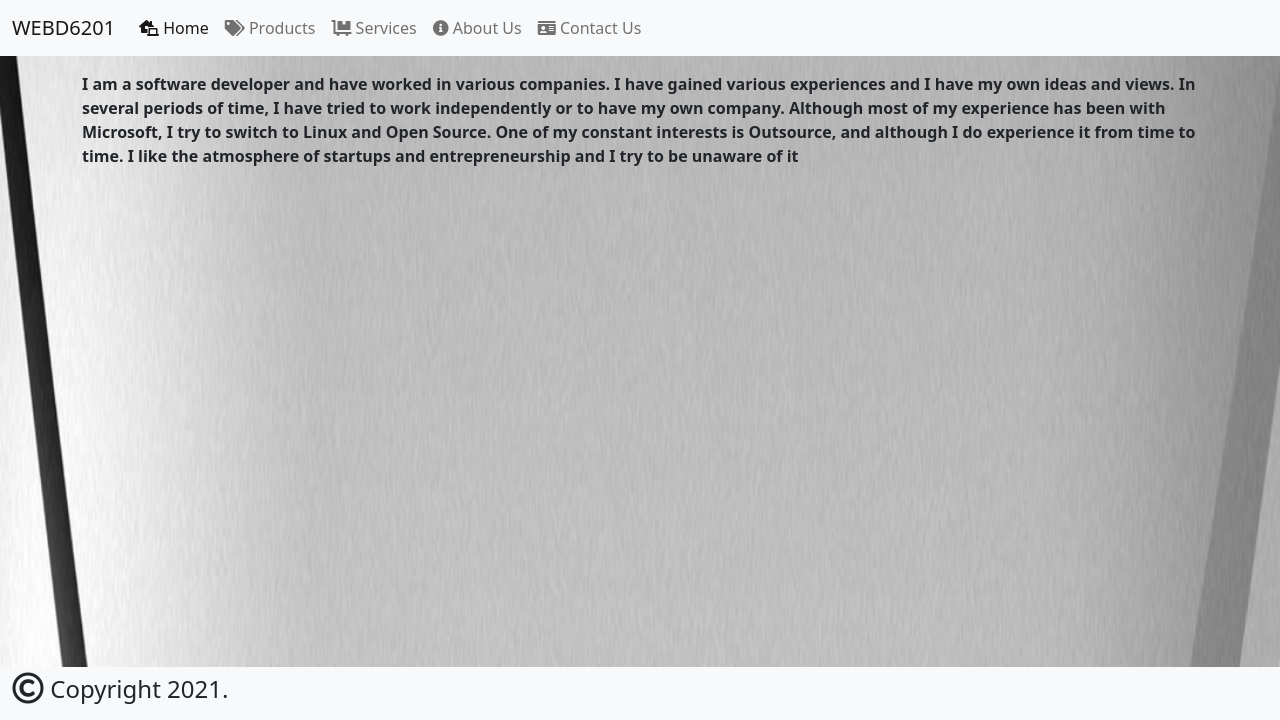
Repository: MuzhdaEhsan/WEBD6201-W2021-Lab1
Page: index.html
The author's editor kept a copy of each file at every save. The page is drawn from the files as they stood at one save, then again after the next save.
The browser window is 1280 px wide. The pictures show the whole page.

Above is the page before, as saved 2021-02-05 20:58:49.

### index.html
<!DOCTYPE html>
<html lang="en">
<head>
    <meta charset="UTF-8">
    <meta name="viewport" content="width=device-width, initial-scale=1.0">
    <title>Home</title>
    <!-- CSS Section -->
    <link rel="stylesheet" href="./node_modules/bootstrap/dist/css/bootstrap.min.css">
    <link rel="stylesheet" href="./node_modules/@fortawesome/fontawesome-free/css/all.min.css">
    <link rel="stylesheet" href="./Content/app.css">


</head>
<body>


    <!-- Main Header -->
    <header>

        <!-- Main Navigation -->
        <nav class="navbar navbar-expand-lg navbar-light bg-light">
            <div class="container-fluid">
              <a class="navbar-brand" href="index.html">WEBD6201</a>
              <button class="navbar-toggler" type="button" data-bs-toggle="collapse" data-bs-target="#navbarSupportedContent" aria-controls="navbarSupportedContent" aria-expanded="false" aria-label="Toggle navigation">
                <span class="navbar-toggler-icon"></span>
              </button>
              <div class="collapse navbar-collapse" id="navbarSupportedContent">
                <ul class="navbar-nav me-auto mb-2 mb-lg-0">
                  <li class="nav-item">
                    <a class="nav-link active" aria-current="page" href="index.html"><i class="fas fa-laptop-house"></i> Home</a>
                  </li>

                  <li class="nav-item">
                    <a class="nav-link" aria-current="page" href="projects.html"><i class="fas fa-tags"></i> Products</a>
                  </li>

                  <li class="nav-item">
                    <a class="nav-link" aria-current="page" href="services.html"><i class="fas fa-dolly-flatbed"></i> Services</a>
                  </li>

                  <li class="nav-item">
                    <a class="nav-link" aria-current="page" href="about.html"><i class="fas fa-info-circle"></i> About Us</a>
                  </li>

                  <li class="nav-item">
                    <a class="nav-link" aria-current="page" href="contact.html"><i class="fas fa-id-card"></i> Contact Us</a>
                  </li>
                </ul>
              </div>
            </div>
          </nav>

    </header>

    <!-- Main Content -->
    <main class="container">
        <h1></h1>
        <p id="paragraphOne"></p>
        <div id="myDiv"></div>

    </main>

    <!-- Main Footer -->
    <footer>
        <nav class="navbar fixed-bottom navbar-light bg-light">
            <div class="container-fluid">
              <h4><i class="far fa-copyright fa-lg"></i> Copyright 2021.</h4>
            </div>
          </nav>
    </footer>

    <!-- Script Section-->
    <script src="./node_modules/jquery/dist/jquery.min.js"></script>
    <script src="./node_modules/bootstrap/dist/js/bootstrap.bundle.min.js"></script>
    <script src="./Scripts/app.js"></script>
</body>
</html>

### Scripts/app.js
/*
@author: Muzhda Ehsan
@date: 27-Jan-2021
*/
/* custom JavaScript goes here */

//IIFE - Immediately Invoked Function Expression
//AKA - Anonymous Self-Executing Function
//Closure - limits scope leak

"use strict";

let myContact =
{
  "firstName":"Muzhda",
  "contactNumber":"234234",
  "emailAddress":"muzhda@gmail.com",
  "saysHello":function()
  {
    console.log(`${fullName} says Hello`);
  },
  "someOtherObject": {
    "friendsList": [
      "Peter Parker", "Tony Stark", "Stephen Strange"
    ]
  }
};


(function()
{
    function displayHome()
    {
      let imageSize = "1500px 7000px";
      let imageUrl2 = `url('./grayImage.png')`;
      //document.body.style.backgroundImage = "url('./download.jpg')";
      let bodyImage = document.body.style;
      bodyImage.backgroundSize = imageSize;
      bodyImage.backgroundImage = imageUrl2;
        //let paragraphOneText =
         // "This is a simple site to demonstrate DOM Manipulation for ICE 1";

        //let paragraphOneElement = document.getElementById("paragraphOne");

        //paragraphOneElement.textContent = paragraphOneText;
        //paragraphOneElement.className = "fs-5";

        // Step 1. document.createElement
        let newParagraph = document.createElement("p");
        // Step 2. configure the element
        //newParagraph.setAttribute("id", "paragraphTwo");
        //newParagraph.textContent = "...And this is paragraph two";
        // Step 3. select the parent element
        let mainContent = document.getElementsByTagName("main")[0];
        // Step 4. Add / Insert the element
         mainContent.appendChild(newParagraph);

        //newParagraph.className = "fs-6";

        // another way of injecting content
        //let paragraphDiv = document.createElement("div");
        //let paragraphThree = `<p id="paragraphThree" class="fs-7 fw-bold">And this is the Third Paragraph</p>`;
        //paragraphDiv.innerHTML = paragraphThree;

        // insertions

        // example of inserting before a node
        //newParagraph.before(paragraphDiv);

        // example of inserting after a node
        //newParagraph.after(paragraphDiv);


        // add image
        //let image = document.createElement("div");
        //let imageUrl = `<img src="./download.jpg" alt="Girl in a jacket" width="500" height="600">`;
        //image.innerHTML = imageUrl
        //newParagraph.before(image);

        // paragraph details
        let paragraphMain = document.createElement("div");
        let paragraphIndex = `<p id="mainParagraph" class="fs-7 fw-bold">I am a software developer and have worked in various companies.
        I have gained various experiences and I have my own ideas and views. In several periods of time, I have tried to work independently
        or to have my own company. Although most of my experience has been with Microsoft, I try to switch to Linux and Open Source.
        One of my constant interests is Outsource, and although I do experience it from time to time.
        I like the atmosphere of startups and entrepreneurship and I try to be unaware of it</p>`;
        paragraphMain.innerHTML = paragraphIndex;

        newParagraph.before(paragraphMain);


        // deletions

        // example of removing a single element
        //paragraphOneElement.remove();

        // example of removeChild
        //mainContent.removeChild(paragraphOneElement);

        // update / modification
        //mainContent.firstElementChild.textContent = "Welcome Home!";

        //mainContent.innerHTML = `<h1 id="firstHeading">Welcome to WEBD6201 - Lab 2</h1>`;


    }

    function displayAbout()
    {

    }

    function displayProjects()
    {

    }

    function displayServices()
    {

    }

    function displayContact()
    {
        let messageArea = document.getElementById("messageArea");
        messageArea.hidden = true;

        // form validation
        let fullName = document.getElementById("fullName");
        fullName.addEventListener("blur", function() {
            if(fullName.value.length < 2)
            {
                fullName.focus();
                fullName.select();
                messageArea.hidden = false;
                messageArea.className = "alert alert-danger";
                messageArea.textContent = "Please enter an appropriate Name";
            }
            else
            {
                messageArea.removeAttribute("class");
                messageArea.hidden = true;
            }
        });

        let sendButton = document.getElementById("sendButton");
        sendButton.addEventListener("click", function(event){
           // event.preventDefault();

            let contact = new Contact(fullName.value, contactNumber.value, emailAddress.value);

            if(contact.serialize())
            {
              localStorage.setItem((localStorage.length + 1).toString(), contact.serialize());

            }

            //console.log(contact.toString());
            //console.log(contact.serialize());
        });
    }

    function displayContactList()
    {
      if (localStorage.length > 0)
      {
        let contactList = document.getElementById("contactList");

        let data = "";

        for (let index = 0; index < localStorage.length; index++)
        {
          let contactData = localStorage.getItem((index + 1).toString());

          console.log(contactData);
          let contact = new Contact();
          contact.deserialize(contactData);

          data += `<tr>
          <th scope="row">${index + 1}</th>
          <td>${contact.FullName}</td>
          <td>${contact.ContactNumber}</td>
          <td>${contact.EmailAddress}</td>
        </tr>`;
        }

        contactList.innerHTML = data;
      }


    }

    function Start()
    {
        console.log("App Started...");

        switch (document.title)
        {
          case "Home":
              displayHome();
            break;
          case "About":
              displayAbout();
            break;
          case "Projects":
              displayProjects();
            break;
          case "Services":
              displayServices();
            break;
          case "Contact":
              displayContact();
            break;
            case "Contact-List":
              displayContactList();
            break;
        }

    }

    window.addEventListener("load", Start);

})();

Loaded but not shown: node_modules/bootstrap/dist/css/bootstrap.min.css (library); node_modules/@fortawesome/fontawesome-free/css/all.min.css (library); Content/app.css (common file); node_modules/jquery/dist/jquery.min.js (library); node_modules/bootstrap/dist/js/bootstrap.bundle.min.js (library)

After the next save:
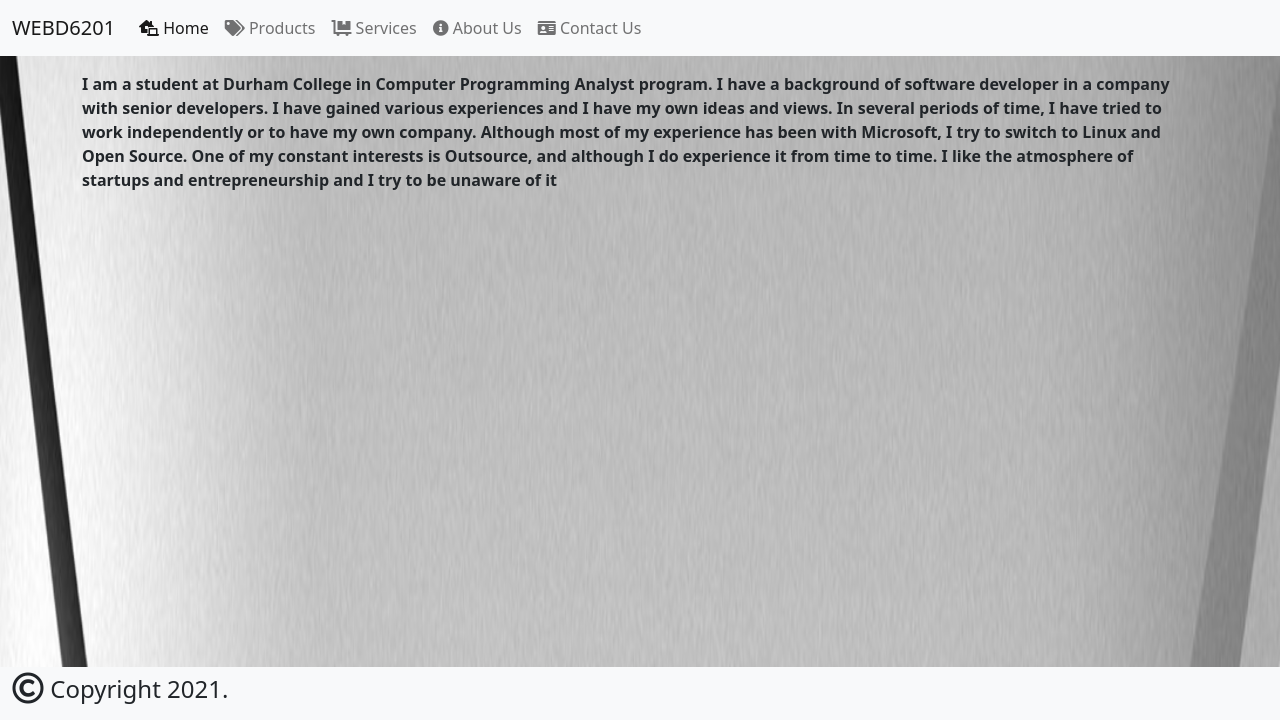
Saved 3 min 36 s later.
--- a/Scripts/app.js
+++ b/Scripts/app.js
@@ -79,7 +79,8 @@
 
         // paragraph details
         let paragraphMain = document.createElement("div");
-        let paragraphIndex = `<p id="mainParagraph" class="fs-7 fw-bold">I am a software developer and have worked in various companies.
+        let paragraphIndex = `<p id="mainParagraph" class="fs-7 fw-bold">I am a student at Durham College in Computer Programming Analyst program.
+        I have a background of software developer in a company with senior developers.
         I have gained various experiences and I have my own ideas and views. In several periods of time, I have tried to work independently
         or to have my own company. Although most of my experience has been with Microsoft, I try to switch to Linux and Open Source.
         One of my constant interests is Outsource, and although I do experience it from time to time.
